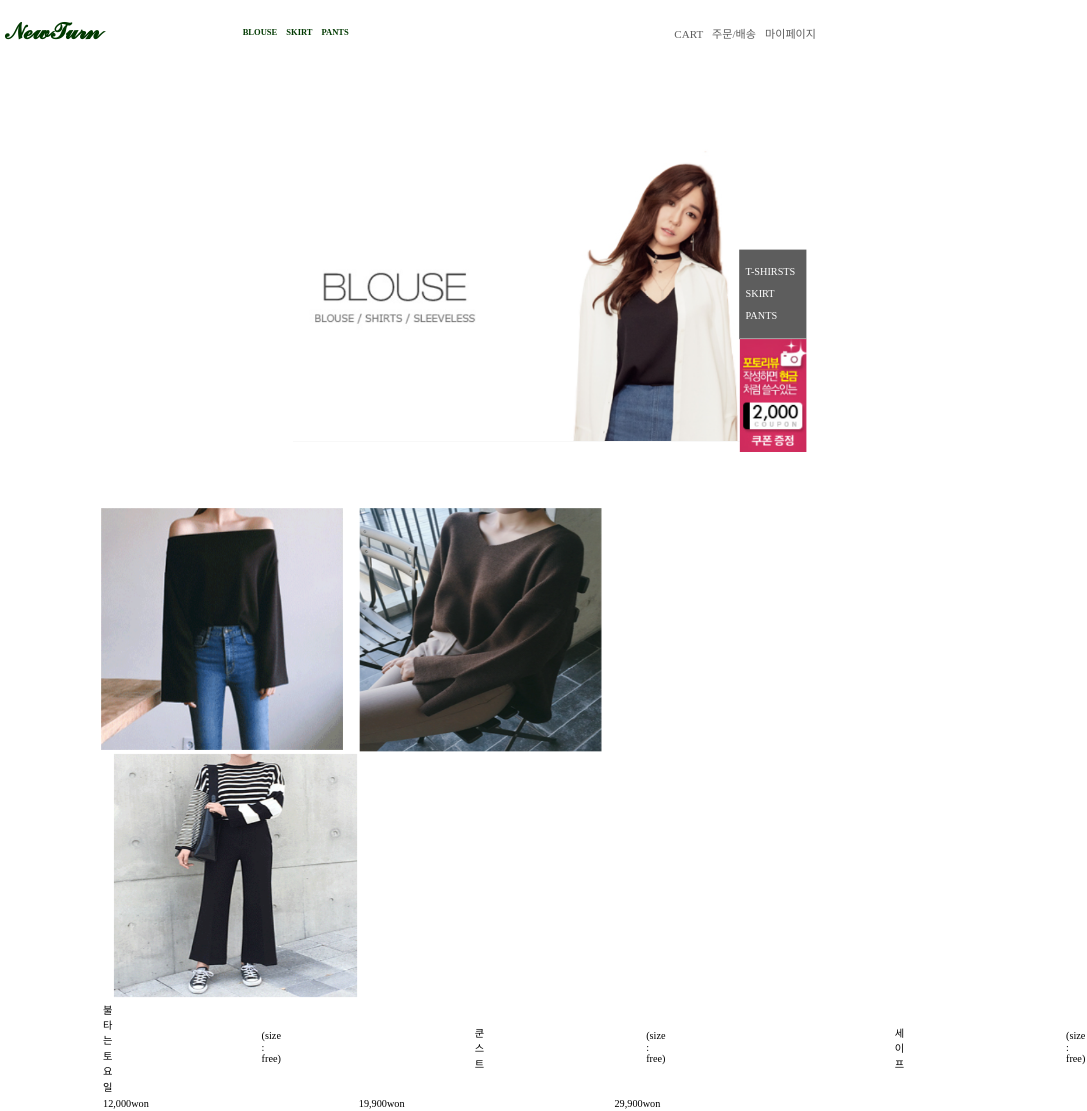
Repository: won0108/Port-Folio
Page: Creating_Homepage/Shopping/WebContent/top.html
These files come from the project's save history. The page is drawn as it stood at one moment and after the next save; the edit follows.
The browser window is 1280 px wide. The page is 1699 px wide, then 1499 px, so the pictures cover 1699 px, including what lies to the right of the window. The pictures show the whole page, at 64% of full size.

Above is the page before, as saved 2020-12-03 08:02:36.

### Creating_Homepage/Shopping/WebContent/top.html
<!DOCTYPE html>
<html>
<head>  <!--웹페이지에 대한 정보를 제공한다.-->
 <title> New Turn </title>  <!--탭에 New Turn을 나타낸다.-->
<style>

 	@font-face{
 	font-family:"My Font";
 	src: url("fontstyle/ENCOSCPT.TTF");
	}
 	h1{
   	color:#003900;
   	position:fixed;
   	top: 0px;
   	left:10px;
   	font-family:"My Font", serif;
   	font-size: 30pt;
   	}
	#infor{
	position:fixed;
	top:40px; right:0px;
	}
	#infor a{
	text-decoration:none;
	color:#5D5D5D;
	font-size:13pt;
	display: inline;
	padding :5px;
	}
	#infor a:hover{
	tex-decoration:underline;
	color: black;
	text-weight:bold;
	}
	#categ{
	position:fixed;
	top:25px; right:730px;
	}
	#categ ul li{
	display: inline;
	}
	#categ ul li a{
	text-decoration:none;
	color:#003900;
	font-size:10pt;
	font-weight:bold;
	text-transform:uppercase;
	padding :5px;
	}
	#categ ul li a:hover{
	tex-decoration:underline; color: black;
	}
	#main{
   	position:relative;
   	top: 300px; margin-left:150px;
   }
</style>
</head>
<body>
	<h1> NewTurn </h1>
	<div id="infor">
		<a href="">CART</a>
		<a href="">주문/배송</a>
		<a href="마이페이지.html">마이페이지</a>
	</div>
	<div id="categ">
		<ul>
			<li><a href="top.html">BLOUSE</a></li>
			<li><a href="skirt.html">SKIRT</a></li>
			<li><a href="pants.html">PANTS</a></li>
		</ul>
	</div>
	<img style="position:relative; top: 200px; left:450px;" src="images/티파니.PNG"><br>
	<div id="main">
			<img src="images/티셔츠1.PNG" width="380" height="380">
			<img src="images/티셔츠2.PNG" width="380" height="380" style="padding-left:20px;">
			<img src="images/티셔츠3.PNG" width="380" height="380" style="padding-left:20px;">
			<table>
				<tr>
					<td>불타는 토요일</td>
					<td style="padding-left:230px;">(size : free)</td>
					<td style="padding-left: 300px;">쿤스트</td>
					<td style="padding-left:250px;">(size : free)</td>
					<td style="padding-left: 355px;">세이프</td>
					<td style="padding-left:250px;">(size : free)</td>


			    </tr>
			</table>

		<table>
			<tr>
		    	<td>12,000won</td>
		    	<td style="padding-left: 325px;">19,900won</td>
		    	<td style="padding-left: 325px;">29,900won</td>
		    </tr>
		</table>
		</div>

<div style="background-color:#5D5D5D;
width:85px; height:120px; right:20px; bottom:190px;
color:white; display:block; position:fixed; padding:10px;">
<p>T-SHIRSTS</p>
<p>SKIRT</p>
<p>PANTS</p>
</div>
<div style=" display:block; position:fixed; right:20px; bottom:10px;">
<img src="쿠폰.png"></div>

</body>
</html>

After the next save:
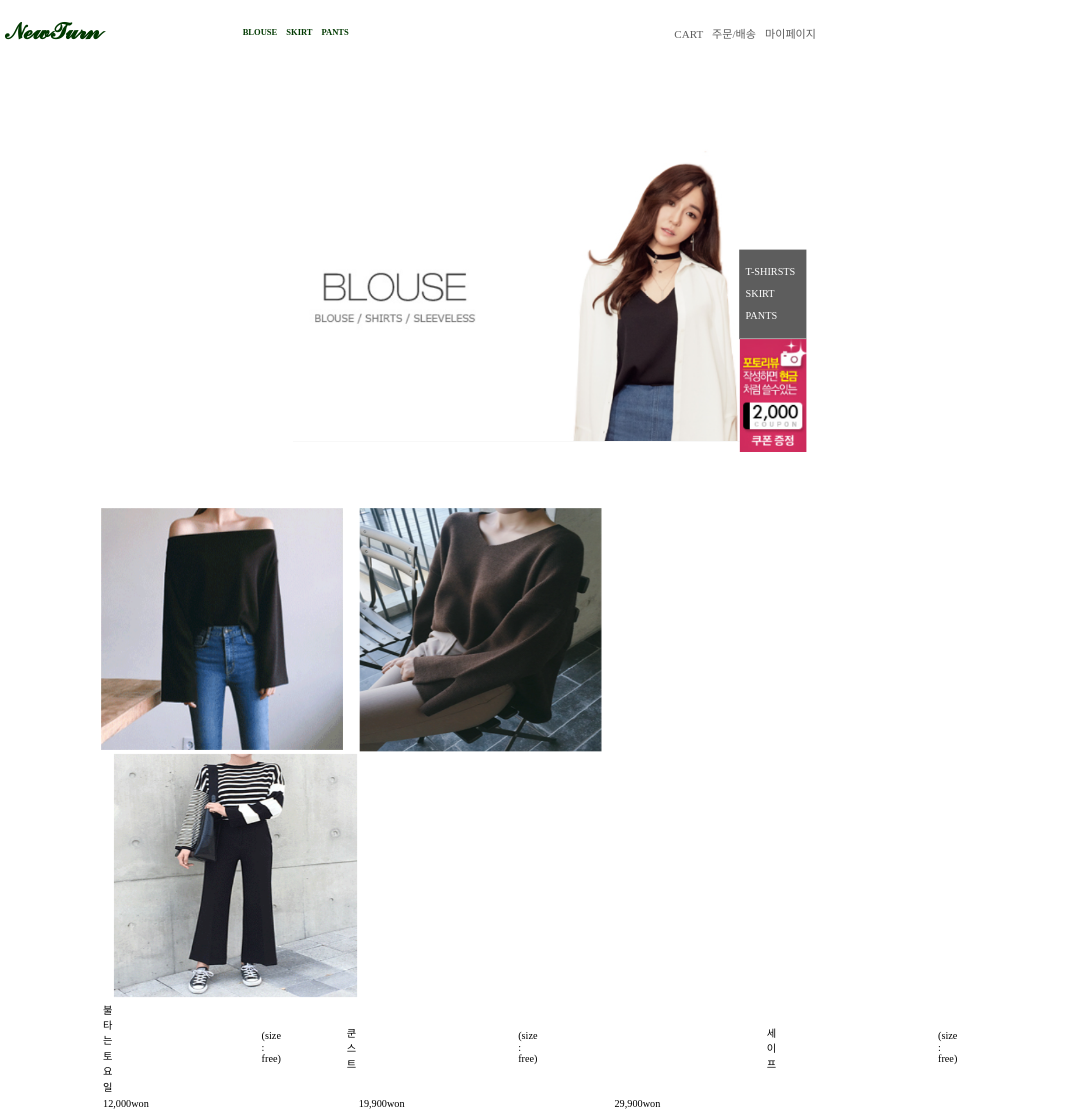
Saved 16 s later.
--- a/Creating_Homepage/Shopping/WebContent/top.html
+++ b/Creating_Homepage/Shopping/WebContent/top.html
@@ -79,7 +79,7 @@
 				<tr>
 					<td>불타는 토요일</td>
 					<td style="padding-left:230px;">(size : free)</td>
-					<td style="padding-left: 300px;">쿤스트</td>
+					<td style="padding-left: 100px;">쿤스트</td>
 					<td style="padding-left:250px;">(size : free)</td>
 					<td style="padding-left: 355px;">세이프</td>
 					<td style="padding-left:250px;">(size : free)</td>
